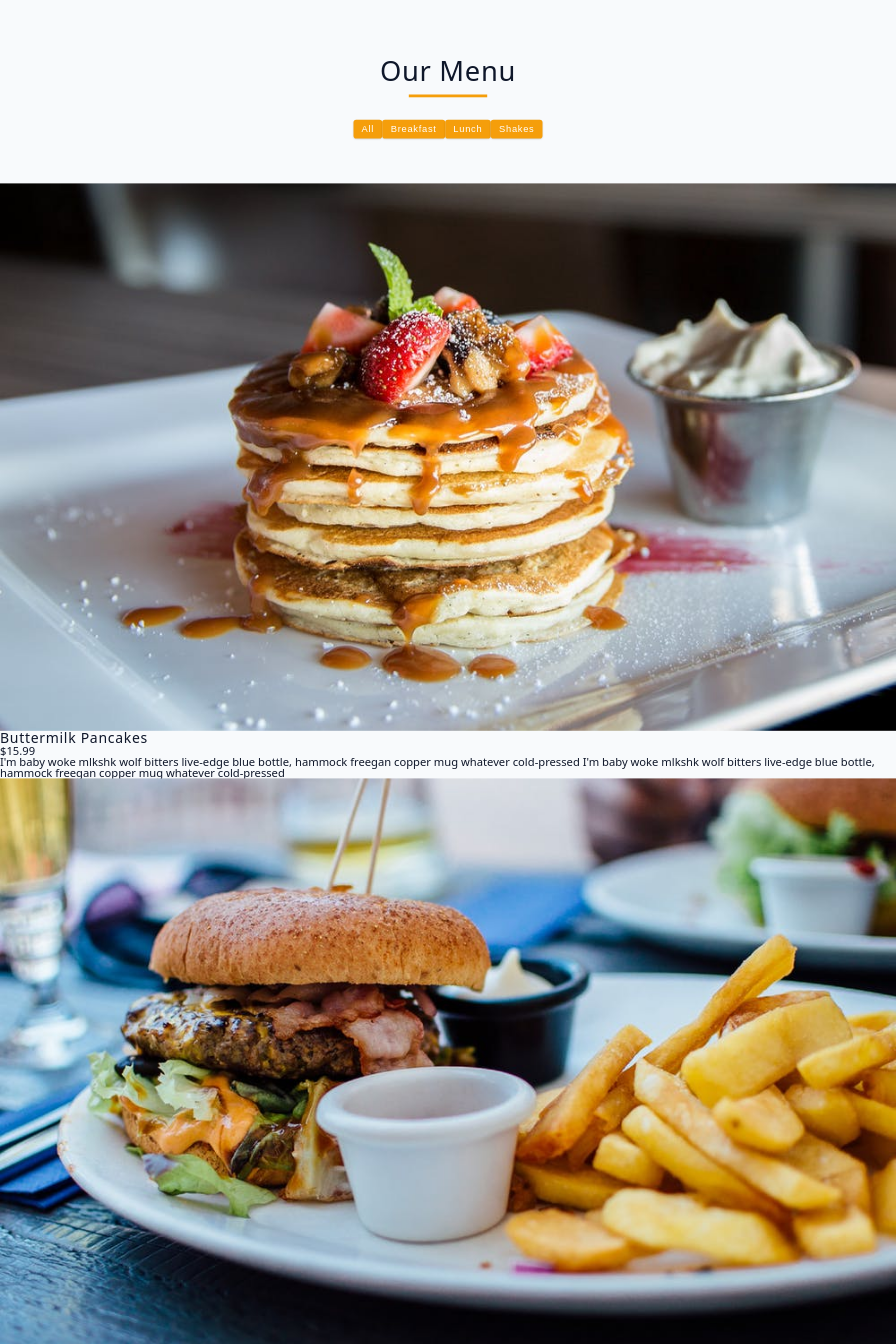
Repository: dydals3440/React-Projects
Page: / (app in 04-fundamental-projects/05-menu/starter/)
The author's editor kept a copy of each file at every save. The page is drawn from the files as they stood at one save, then again after the next save.
The browser window is 1280 px wide. The pictures show the part of the page from y = 0 to 1920 px (the page is 9182 px tall), at 70% of full size.
The project was rebuilt for these pictures with package versions that can differ from the ones it lists, and the page was loaded fresh each time. Also part of the build but not shown: 04-fundamental-projects/05-menu/starter/vite.config.js.

Above is the page before, as saved 2023-09-07 13:51:45.

### 04-fundamental-projects/05-menu/starter/src/App.jsx
import { useState } from 'react';
import Title from './Title';
import menu from './data';
import Menu from './Menu';
import Categories from './Categories';

// const tempCategories = menu.map((item) => item.category);
// // 중복된 카테고리를 제외!
// const tempSet = new Set(tempCategories);
// const tempItems = ['all', ...tempSet];
// console.log(tempItems);

const allCategories = ['all', ...new Set(menu.map((item) => item.category))];

const App = () => {
  const [menuItems, setMenuItems] = useState(menu);
  const [categories, setCategories] = useState(allCategories);
  const filterItems = (category) => {
    if (category === 'all') {
      setMenuItems(menu);
      return;
    }
    const newItems = menu.filter((item) => item.category === category);
    setMenuItems(newItems);
  };

  return (
    <main>
      <section className='menu'>
        <Title text='our menu' />
        <Categories categories={categories} filterItems={filterItems} />
        <Menu items={menuItems} />
      </section>
    </main>
  );
};
export default App;

### 04-fundamental-projects/05-menu/starter/src/index.css
/* ============= GLOBAL CSS =============== */

*,
::after,
::before {
  margin: 0;
  padding: 0;
  box-sizing: border-box;
}

html {
  font-size: 100%;
} /*16px*/

:root {
  /* colors */
  --primary-100: #fef3c7;
  --primary-200: #fde68a;
  --primary-300: #fcd34d;
  --primary-400: #fbbf24;
  --primary-500: #f59e0b;
  --primary-600: #d97706;
  --primary-700: #b45309;
  --primary-800: #92400e;
  --primary-900: #78350f;

  /* grey */
  --grey-50: #f8fafc;
  --grey-100: #f1f5f9;
  --grey-200: #e2e8f0;
  --grey-300: #cbd5e1;
  --grey-400: #94a3b8;
  --grey-500: #64748b;
  --grey-600: #475569;
  --grey-700: #334155;
  --grey-800: #1e293b;
  --grey-900: #0f172a;
  /* rest of the colors */
  --black: #222;
  --white: #fff;
  --red-light: #f8d7da;
  --red-dark: #842029;
  --green-light: #d1e7dd;
  --green-dark: #0f5132;

  --small-text: 0.875rem;
  --extra-small-text: 0.7em;
  /* rest of the vars */
  --backgroundColor: var(--grey-50);
  --textColor: var(--grey-900);
  --borderRadius: 0.25rem;
  --letterSpacing: 1px;
  --transition: 0.3s ease-in-out all;
  --max-width: 1120px;
  --fixed-width: 600px;

  /* box shadow*/
  --shadow-1: 0 1px 3px 0 rgba(0, 0, 0, 0.1), 0 1px 2px 0 rgba(0, 0, 0, 0.06);
  --shadow-2: 0 4px 6px -1px rgba(0, 0, 0, 0.1),
    0 2px 4px -1px rgba(0, 0, 0, 0.06);
  --shadow-3: 0 10px 15px -3px rgba(0, 0, 0, 0.1),
    0 4px 6px -2px rgba(0, 0, 0, 0.05);
  --shadow-4: 0 20px 25px -5px rgba(0, 0, 0, 0.1),
    0 10px 10px -5px rgba(0, 0, 0, 0.04);
}

body {
  background: var(--backgroundColor);
  font-family: system-ui, -apple-system, BlinkMacSystemFont, 'Segoe UI', Roboto,
    Oxygen, Ubuntu, Cantarell, 'Open Sans', 'Helvetica Neue', sans-serif;
  font-weight: 400;
  line-height: 1;
  color: var(--textColor);
}
p {
  margin: 0;
}
h1,
h2,
h3,
h4,
h5 {
  margin: 0;
  font-family: var(--headingFont);
  font-weight: 400;
  line-height: 1;
  text-transform: capitalize;
  letter-spacing: var(--letterSpacing);
}

h1 {
  font-size: 3.052rem;
}

h2 {
  font-size: 2.441rem;
}

h3 {
  font-size: 1.953rem;
}

h4 {
  font-size: 1.563rem;
}

h5 {
  font-size: 1.25rem;
}

.text {
  margin-bottom: 1.5rem;
  max-width: 40em;
}

small,
.text-small {
  font-size: var(--small-text);
}

a {
  text-decoration: none;
}
ul {
  list-style-type: none;
  padding: 0;
}

.img {
  width: 100%;
  display: block;
  object-fit: cover;
}
/* buttons */

.btn {
  cursor: pointer;
  color: var(--white);
  background: var(--primary-500);
  border: transparent;
  border-radius: var(--borderRadius);
  letter-spacing: var(--letterSpacing);
  padding: 0.375rem 0.75rem;
  box-shadow: var(--shadow-1);
  transition: var(--transition);
  text-transform: capitalize;
  display: inline-block;
}
.btn:hover {
  background: var(--primary-700);
  box-shadow: var(--shadow-3);
}
.btn-hipster {
  color: var(--primary-500);
  background: var(--primary-200);
}
.btn-hipster:hover {
  color: var(--primary-200);
  background: var(--primary-700);
}
.btn-block {
  width: 100%;
}

/* alerts */
.alert {
  padding: 0.375rem 0.75rem;
  margin-bottom: 1rem;
  border-color: transparent;
  border-radius: var(--borderRadius);
}

.alert-danger {
  color: var(--red-dark);
  background: var(--red-light);
}
.alert-success {
  color: var(--green-dark);
  background: var(--green-light);
}
/* form */

.form {
  width: 90vw;
  max-width: var(--fixed-width);
  background: var(--white);
  border-radius: var(--borderRadius);
  box-shadow: var(--shadow-2);
  padding: 2rem 2.5rem;
  margin: 3rem auto;
}
.form-label {
  display: block;
  font-size: var(--small-text);
  margin-bottom: 0.5rem;
  text-transform: capitalize;
  letter-spacing: var(--letterSpacing);
}
.form-input,
.form-textarea {
  width: 100%;
  padding: 0.375rem 0.75rem;
  border-radius: var(--borderRadius);
  background: var(--backgroundColor);
  border: 1px solid var(--grey-200);
}

.form-row {
  margin-bottom: 1rem;
}

.form-textarea {
  height: 7rem;
}
::placeholder {
  font-family: inherit;
  color: var(--grey-400);
}
.form-alert {
  color: var(--red-dark);
  letter-spacing: var(--letterSpacing);
  text-transform: capitalize;
}
/* alert */

@keyframes spinner {
  to {
    transform: rotate(360deg);
  }
}

.loading {
  width: 6rem;
  height: 6rem;
  border: 5px solid var(--grey-400);
  border-radius: 50%;
  border-top-color: var(--primary-500);
  animation: spinner 0.6s linear infinite;
  margin: 0 auto;
}

/* title */

.title {
  text-align: center;
}

.title-underline {
  background: var(--primary-500);
  width: 7rem;
  height: 0.25rem;
  margin: 0 auto;
  margin-top: 1rem;
}
/* ============= PROJECT CSS =============== */
.menu {
  padding: 5rem 0;
}

.btn-container {
  margin: 2rem 0 4rem 0;
  display: flex;
  justify-content: center;
  flex-wrap: wrap;
}

### 04-fundamental-projects/05-menu/starter/src/Title.jsx
function Title({ text }) {
  return (
    <div className='title'>
      <h2>{text || 'Default Title'}</h2>
      <div className='title-underline'></div>
    </div>
  );
}

export default Title;

### 04-fundamental-projects/05-menu/starter/src/data.js
const menu = [
  {
    id: 1,
    title: 'buttermilk pancakes',
    category: 'breakfast',
    price: 15.99,
    img: '/images/item-1.jpeg',
    desc: `I'm baby woke mlkshk wolf bitters live-edge blue bottle, hammock freegan copper mug whatever cold-pressed I'm baby woke mlkshk wolf bitters live-edge blue bottle, hammock freegan copper mug whatever cold-pressed `,
  },
  {
    id: 2,
    title: 'diner double',
    category: 'lunch',
    price: 13.99,
    img: '/images/item-2.jpeg',
    desc: `vaporware iPhone mumblecore selvage raw denim slow-carb leggings gochujang helvetica man braid jianbing. Marfa thundercats `,
  },
  {
    id: 3,
    title: 'godzilla milkshake',
    category: 'shakes',
    price: 6.99,
    img: '/images/item-3.jpeg',
    desc: `ombucha chillwave fanny pack 3 wolf moon street art photo booth before they sold out organic viral.`,
  },
  {
    id: 4,
    title: 'country delight',
    category: 'breakfast',
    price: 20.99,
    img: '/images/item-4.jpeg',
    desc: `Shabby chic keffiyeh neutra snackwave pork belly shoreditch. Prism austin mlkshk truffaut, `,
  },
  {
    id: 5,
    title: 'egg attack',
    category: 'lunch',
    price: 22.99,
    img: '/images/item-5.jpeg',
    desc: `franzen vegan pabst bicycle rights kickstarter pinterest meditation farm-to-table 90's pop-up `,
  },
  {
    id: 6,
    title: 'oreo dream',
    category: 'shakes',
    price: 18.99,
    img: '/images/item-6.jpeg',
    desc: `Portland chicharrones ethical edison bulb, palo santo craft beer chia heirloom iPhone everyday`,
  },
  {
    id: 7,
    title: 'bacon overflow',
    category: 'breakfast',
    price: 8.99,
    img: '/images/item-7.jpeg',
    desc: `carry jianbing normcore freegan. Viral single-origin coffee live-edge, pork belly cloud bread iceland put a bird `,
  },
  {
    id: 8,
    title: 'american classic',
    category: 'lunch',
    price: 12.99,
    img: '/images/item-8.jpeg',
    desc: `on it tumblr kickstarter thundercats migas everyday carry squid palo santo leggings. Food truck truffaut  `,
  },
  {
    id: 9,
    title: 'quarantine buddy',
    category: 'shakes',
    price: 16.99,
    img: '/images/item-9.jpeg',
    desc: `skateboard fam synth authentic semiotics. Live-edge lyft af, edison bulb yuccie crucifix microdosing.`,
  },
];
export default menu;

### 04-fundamental-projects/05-menu/starter/src/Menu.jsx
import MenuItem from './MenuItem';

const Menu = ({ items }) => {
  return (
    <div className='section-center'>
      {items.map((menuItem) => {
        return <MenuItem key={menuItem.id} {...menuItem} />;
      })}
    </div>
  );
};

export default Menu;

### 04-fundamental-projects/05-menu/starter/src/Categories.jsx
const Categories = ({ categories, filterItems }) => {
  return (
    <div className='btn-container'>
      {categories.map((category) => {
        return (
          <button
            type='button'
            className='btn'
            key={category}
            // 카테고리를 통과해야하기 떄문에 화살표함수 기능을 제공해야함.
            onClick={() => filterItems(category)}
          >
            {category}
          </button>
        );
      })}
    </div>
  );
};

export default Categories;

### 04-fundamental-projects/05-menu/starter/src/MenuItem.jsx
const MenuItem = ({ img, title, price, desc }) => {
  return (
    <article className='menu-item'>
      <img src={img} alt={title} className='img' />
      <div className='item-info'>
        <header>
          <h5>{title}</h5>
          <span className='item-price'>${price}</span>
        </header>
        <p className='item-text'>{desc}</p>
      </div>
    </article>
  );
};

export default MenuItem;

Loaded but not shown: 04-fundamental-projects/05-menu/starter/index.html (common file); 04-fundamental-projects/05-menu/starter/src/main.jsx (common file)

After the next save:
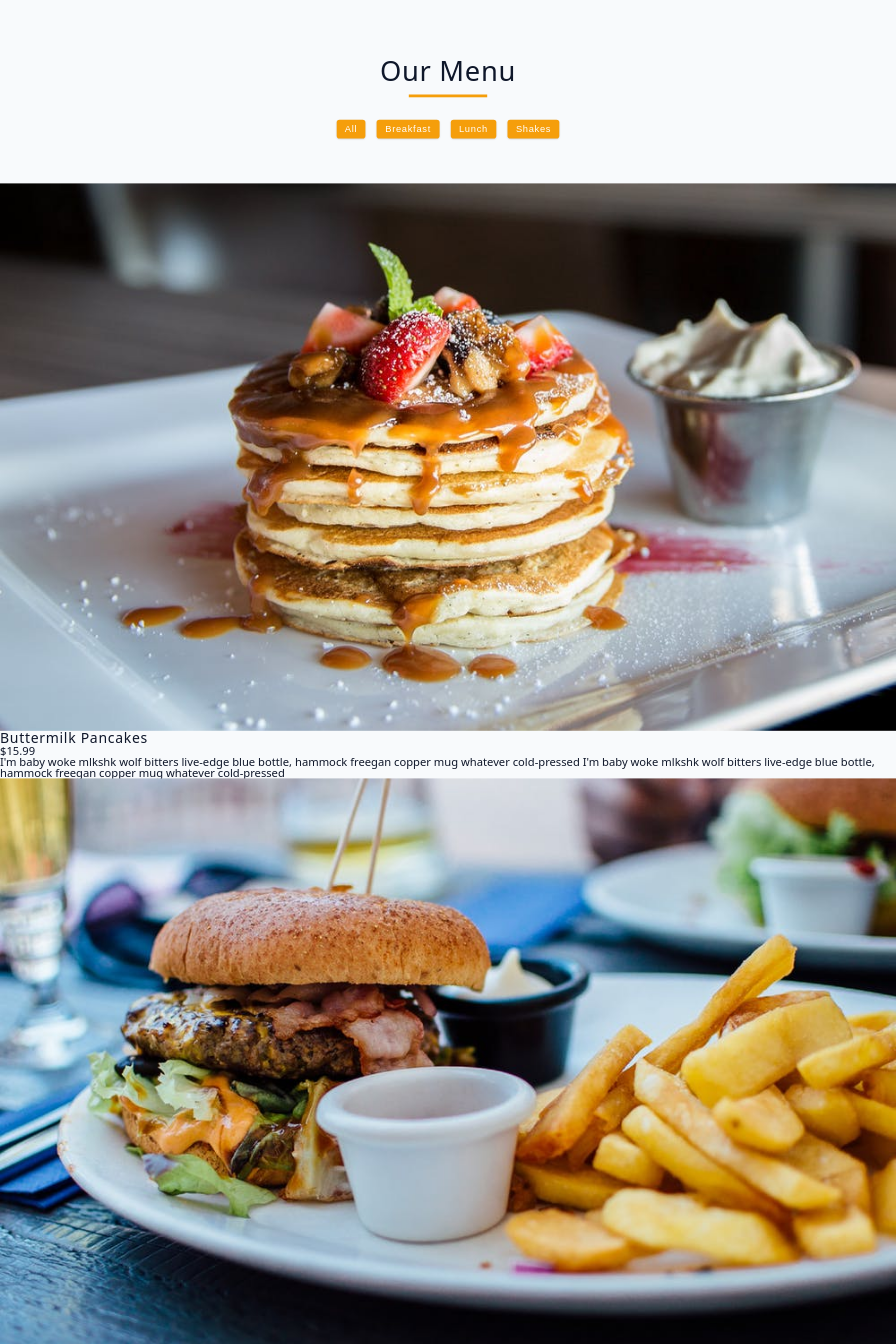
Saved 24 s later.
--- a/04-fundamental-projects/05-menu/starter/src/index.css
+++ b/04-fundamental-projects/05-menu/starter/src/index.css
@@ -262,4 +262,5 @@ ul {
   display: flex;
   justify-content: center;
   flex-wrap: wrap;
-}
+  gap: 1rem;
+}
